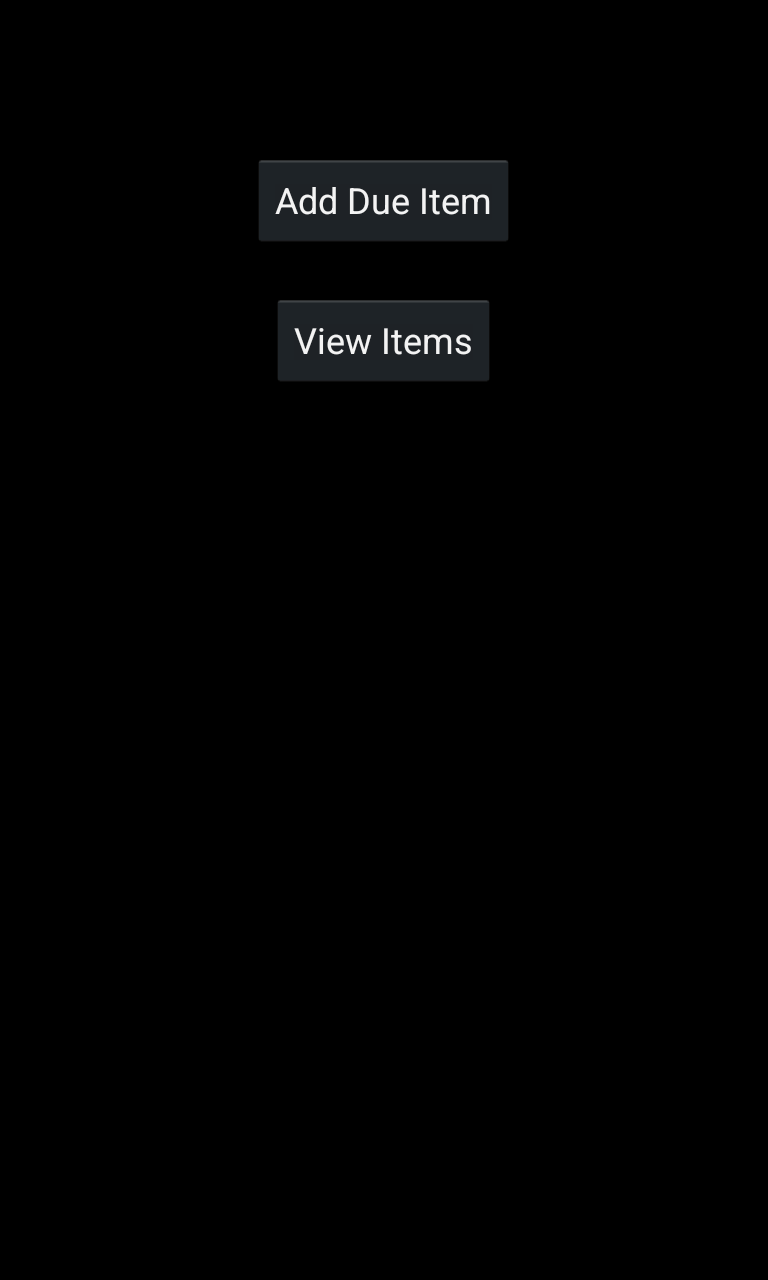
Repository: vignaesh01/Due-Date-App
Layout: DueDateManager/res/layout/activity_main.xml
These files come from the project's save history. The layout is drawn as it stood at one moment and after the next save; the edit follows.
It is drawn on a 768 x 1280 px phone screen (xhdpi) without system bars, with theme android:Theme.Holo; the app's code is not run. Lists and similar views that code fills are empty.

Above is the layout before, as saved 2014-11-14 14:40:04.

### DueDateManager/res/layout/activity_main.xml
<RelativeLayout xmlns:android="http://schemas.android.com/apk/res/android"
    xmlns:tools="http://schemas.android.com/tools"
    android:layout_width="match_parent"
    android:layout_height="match_parent"
    android:paddingBottom="@dimen/activity_vertical_margin"
    android:paddingLeft="@dimen/activity_horizontal_margin"
    android:paddingRight="@dimen/activity_horizontal_margin"
    android:paddingTop="@dimen/activity_vertical_margin"
    tools:context="com.example.duedatemanager.MainActivity" >

    <Button
        android:id="@+id/btnAddDueItem"
        android:layout_width="wrap_content"
        android:layout_height="wrap_content"
        android:layout_centerHorizontal="true"
        android:layout_marginTop="60dp"
        android:onClick="goToAddDueItem"
        android:text="@string/addDueItem" />

    <Button
        android:id="@+id/btnViewDueItem"
        android:layout_width="wrap_content"
        android:layout_height="wrap_content"
        android:layout_below="@+id/btnAddDueItem"
        android:layout_centerHorizontal="true"
        android:layout_marginTop="22dp"
        android:onClick="goToViewItems"
        android:text="@string/viewItems" />

    <ListView
        android:id="@+id/listView1"
        android:layout_width="match_parent"
        android:layout_height="wrap_content"
        android:layout_centerHorizontal="true"
        android:layout_centerVertical="true" >
    </ListView>

</RelativeLayout>

### DueDateManager/res/values/strings.xml
<?xml version="1.0" encoding="utf-8"?>
<resources>

    <string name="app_name">Due Date Manager</string>
    <string name="hello_world">Hello world!</string>
    <string name="action_settings">Settings</string>
    <string name="addDueItem">Add Due Item</string>
    <string name="viewItems">View Items</string>
    <string name="title_activity_add_item">Add a Due Item</string>
    <string name="title_activity_view_items">View Items</string>
    <string name="title_activity_more_info">More Info</string>

</resources>

Loaded but not shown: DueDateManager/res/values/dimens.xml (common file); DueDateManager/res/values-w820dp/dimens.xml (common file)

After the next save:
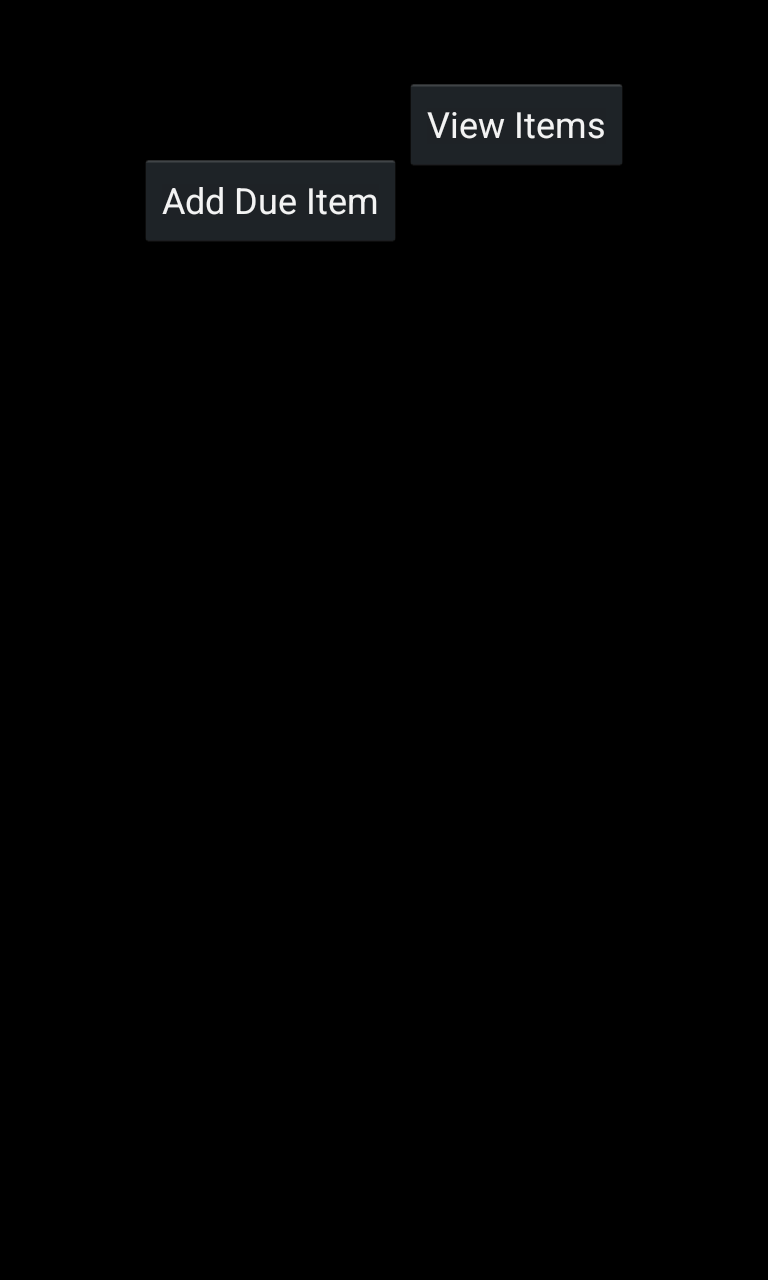
Saved 2 min 31 s later.
--- a/DueDateManager/res/layout/activity_main.xml
+++ b/DueDateManager/res/layout/activity_main.xml
@@ -7,7 +7,14 @@
     android:paddingRight="@dimen/activity_horizontal_margin"
     android:paddingTop="@dimen/activity_vertical_margin"
     tools:context="com.example.duedatemanager.MainActivity" >
-
+ <LinearLayout
+        android:id="@+id/linearLayout1"
+        android:layout_width="match_parent"
+        android:layout_height="wrap_content"
+        android:layout_alignParentTop="true"
+        android:layout_centerHorizontal="true"
+        android:gravity="center_horizontal"
+        android:orientation="horizontal" >
     <Button
         android:id="@+id/btnAddDueItem"
         android:layout_width="wrap_content"
@@ -26,13 +33,14 @@
         android:layout_marginTop="22dp"
         android:onClick="goToViewItems"
         android:text="@string/viewItems" />
-
+</LinearLayout>
     <ListView
         android:id="@+id/listView1"
         android:layout_width="match_parent"
         android:layout_height="wrap_content"
         android:layout_centerHorizontal="true"
-        android:layout_centerVertical="true" >
+        android:layout_centerVertical="true"
+        android:layout_below="@+id/linearLayout1">
     </ListView>
 
 </RelativeLayout>
